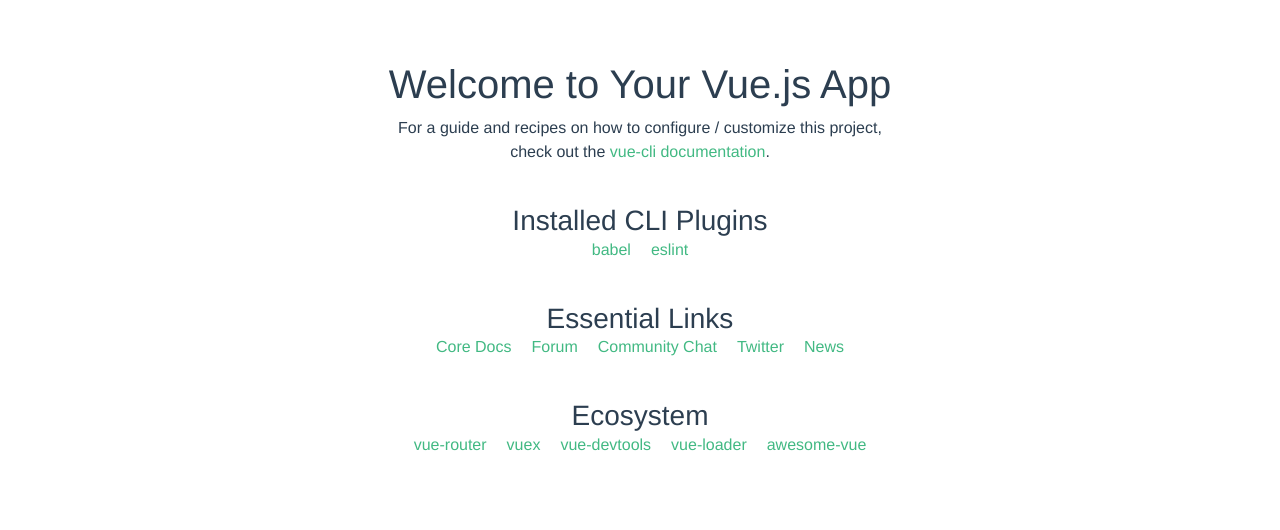
Repository: cacm96/Quiz
Page: /
An editor plug-in stored every save of this project. The page is shown before and after the next save, followed by the edit.
The browser window is 1280 px wide. The pictures show the whole page.
The project was rebuilt for these pictures with package versions that can differ from the ones it lists, and the page was loaded fresh each time.

Above is the page before, as saved 2021-04-25 22:53:46.

After the next save:
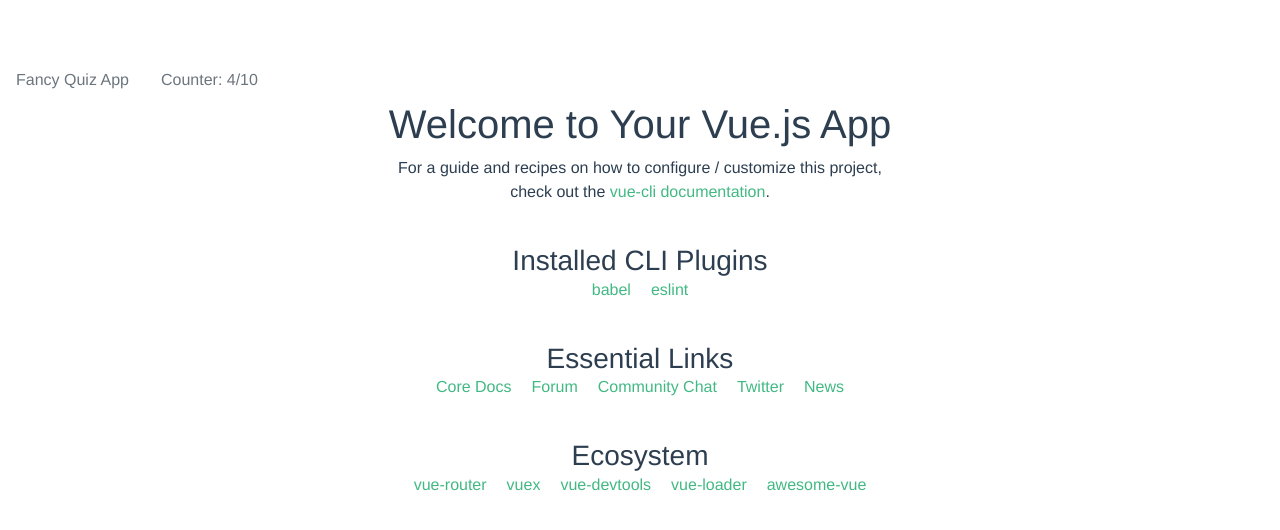
Saved 32 s later.
--- a/src/App.vue
+++ b/src/App.vue
@@ -1,16 +1,19 @@
 <template>
   <div id="app">
+    <Header />
     <HelloWorld msg="Welcome to Your Vue.js App" />
   </div>
 </template>
 
 <script>
 import HelloWorld from "./components/HelloWorld.vue";
+import Header from "./components/Header.vue";
 
 export default {
   name: "App",
   components: {
     HelloWorld,
+    Header,
   },
 };
 </script>
